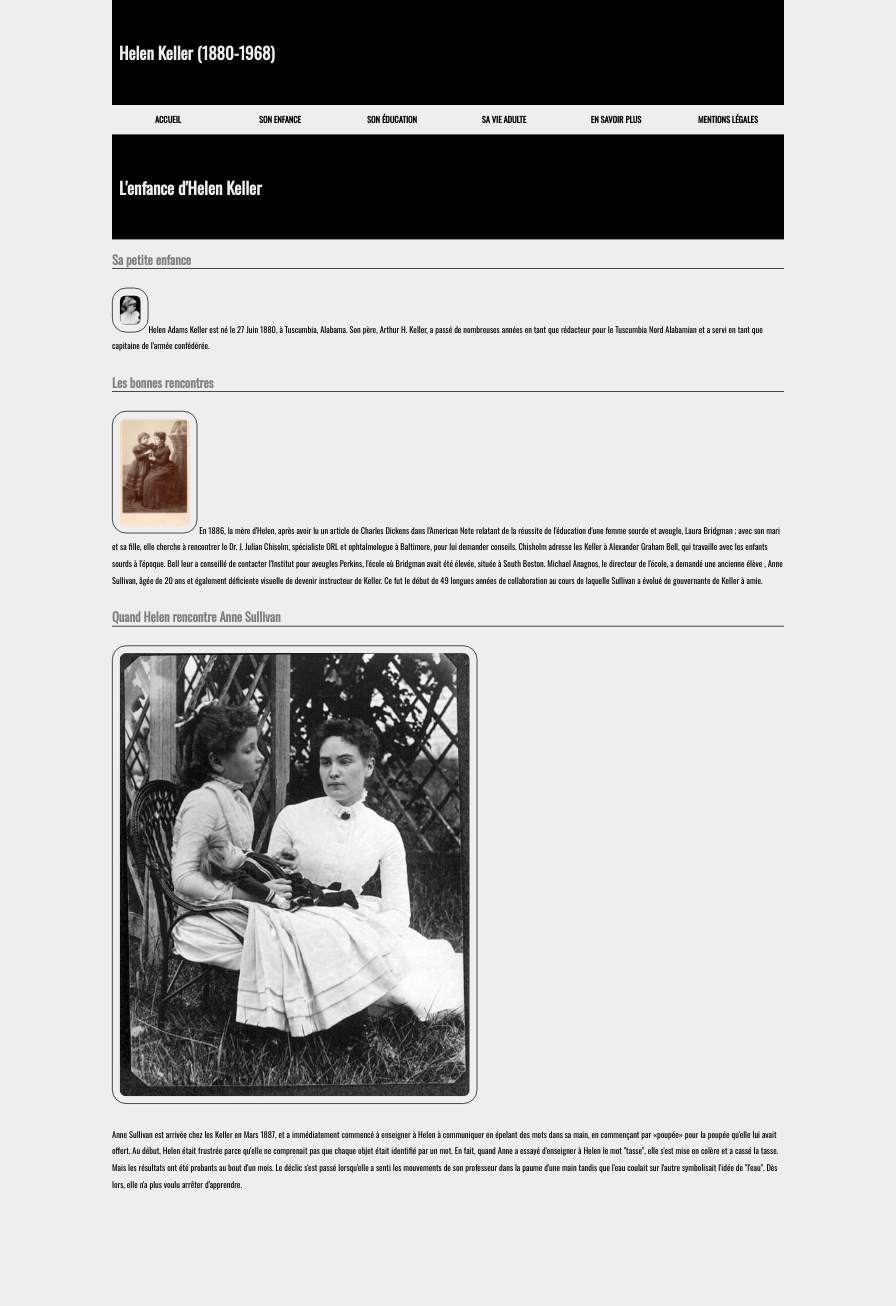
Repository: Luc010/Exercices
Page: HTML CSS/biographie_helen_keller/enfance.html
The author's editor kept a copy of each file at every save. The page is drawn from the files as they stood at one save, then again after a run of saves.
The browser window is 1280 px wide. The pictures show the whole page, at 70% of full size.

Above is the page before, as saved 2019-09-04 15:40:35.

### HTML CSS/biographie_helen_keller/enfance.html
<!DOCTYPE html>
<html lang="fr">
<head>
    <title>Biographie Helen Keller - Enfance</title>
    <meta charset="UTF-8">
    <meta name="viewport" content="width=device-width, initial-scale=1.0">
    <meta http-equiv="X-UA-Compatible" content="ie=edge">
    <link href="style.css" rel="stylesheet">
</head>
<body>
    <header>
        <div class="container">
            <h1>Helen Keller (1880-1968)</h1>
        </div>
    </header>
    <nav>
        <ul>
            <li><a href="index.html">Accueil</a></li>
            <li><a href="enfance.html">Son enfance</a></li>
            <li><a href="education.html">Son éducation</a></li>
            <li><a href="adulte.html">Sa vie adulte</a></li>
            <li><a href="savoirplus.html">En savoir plus</a></li>
            <li><a href="mentions.html">Mentions légales</a></li>
        </ul>
    </nav>
    <main>
        <div class="container">
            <h1>L'enfance d'Helen Keller</h1>
            <h2>Sa petite enfance</h2>
            <p align="left"><img src="img/hk2.jpg" alt="helen keller enfant" style="width: 30px;">Helen Adams Keller est
                né le
                27 Juin 1880, à Tuscumbia, Alabama.
                Son père, Arthur H. Keller, a passé de nombreuses années en tant que rédacteur pour le Tuscumbia Nord
                Alabamian
                et a servi en tant que capitaine de l'armée confédérée.
            </p>
            <h2>Les bonnes rencontres</h2>
            <p align="left"><img src="img/hk3.jpg" alt="helen keller accompagnée de sa mère" style="width: 100px;">
                En 1886, la mère d'Helen, après avoir lu un article de Charles Dickens dans l'American Note relatant de
                la
                réussite de l'éducation d'une femme sourde et aveugle, Laura Bridgman ; avec son mari et sa fille, elle
                cherche
                à rencontrer le Dr. J. Julian Chisolm, spécialiste ORL et ophtalmologue à Baltimore, pour lui demander
                conseils.
                Chisholm adresse les Keller à Alexander Graham Bell, qui travaille avec les enfants sourds à l'époque.
                Bell leur
                a conseillé de contacter l'Institut pour aveugles Perkins, l'école où Bridgman avait été élevée, située
                à South
                Boston. Michael Anagnos, le directeur de l'école, a demandé une ancienne élève , Anne Sullivan, âgée de
                20 ans
                et également déficiente visuelle de devenir instructeur de Keller.
                Ce fut le début de 49 longues années de collaboration au cours de laquelle Sullivan a évolué de
                gouvernante de
                Keller à amie.
            </p>
            <h2>Quand Helen rencontre Anne Sullivan</h2>
            <p><img src="img/hk4.jpg" alt="helen keller accompagnée de sa mère"></p>
            <p>
                Anne Sullivan est arrivée chez les Keller en Mars 1887, et a immédiatement commencé à enseigner à Helen
                à
                communiquer en épelant des mots dans sa main, en commençant par «poupée» pour la poupée qu'elle lui
                avait
                offert. Au début, Helen était frustrée parce qu'elle ne comprenait pas que chaque objet était identifié
                par un
                mot. En fait, quand Anne a essayé d'enseigner à Helen le mot "tasse", elle s'est mise en colère et a
                cassé la
                tasse. Mais les résultats ont été probants au bout d'un mois. Le déclic s'est passé lorsqu'elle a senti
                les
                mouvements de son professeur dans la paume d'une main tandis que l'eau coulait sur l'autre symbolisait
                l'idée de
                "l'eau". Dès lors, elle n'a plus voulu arrêter d'apprendre.
            </p>
        </div>
    </main>
    <footer>
        <div class="container"></div>
    </footer>
</body>
</html>

### HTML CSS/biographie_helen_keller/style.css
@import url('https://fonts.googleapis.com/css?family=Oswald&display=swap');
body{
    margin: 0;
    padding: 0;
    background-color: #eee;
    font-size: 12px;
    font-family: 'Oswald',corbel,calibri,sans-serif;
}
h1{
    background-color: black;
    color: #eee;
    text-indent: 10px;
    height: 150px;
    line-height: 150px;
    margin: 0;
}
h2{
    color: grey;
    border-bottom: 1px solid black;
}
p{
    /* Pourcentage plus simple à gérer, interligne (utilité: bcp de text) */
    line-height:200%;
}
img{
    border: 1px solid black;
    border-radius: 20px;
    padding: 10px;
}
.container {
    display: flex;
    flex-direction: column;
    min-height: 150px;
    width: 960px;
    margin-left: auto;
    margin-right: auto;
}
nav {
    min-height: 40px;
    position: sticky;
    top: 0;
    width: 960px;
    margin-left: auto;
    margin-right: auto;
}
ul, li {
    margin: 0;
    padding: 0;
    list-style: none;
}
ul {
    display: flex;
}
li {
    width: 100%;
    margin-bottom: 2px;
    height: 40px;
    font-weight: bold;
    text-transform: uppercase;
}
a {
    color: black;
    text-decoration: none;
    display: block;
    height: 40px;
    line-height: 40px;
    text-align: center;
    background-color: #eee;
}
a:hover {
    color: white;
    background-color: black;
}

After the next 2 saves:
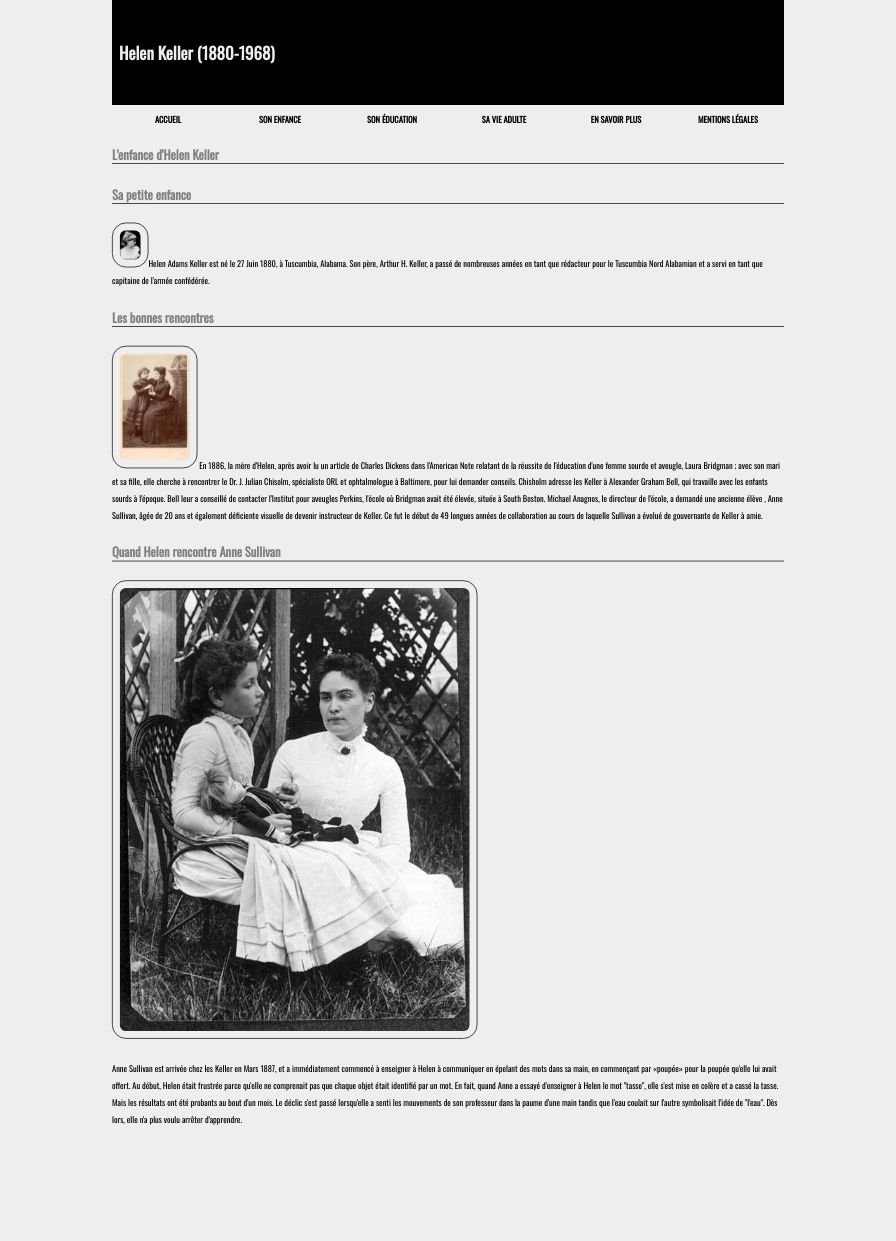
The 2 saves are shown as one change because they came seconds apart.
The last was saved 25 s later.
--- a/HTML CSS/biographie_helen_keller/enfance.html
+++ b/HTML CSS/biographie_helen_keller/enfance.html
@@ -25,7 +25,7 @@
     </nav>
     <main>
         <div class="container">
-            <h1>L'enfance d'Helen Keller</h1>
+            <h2>L'enfance d'Helen Keller</h2>
             <h2>Sa petite enfance</h2>
             <p align="left"><img src="img/hk2.jpg" alt="helen keller enfant" style="width: 30px;">Helen Adams Keller est
                 né le
